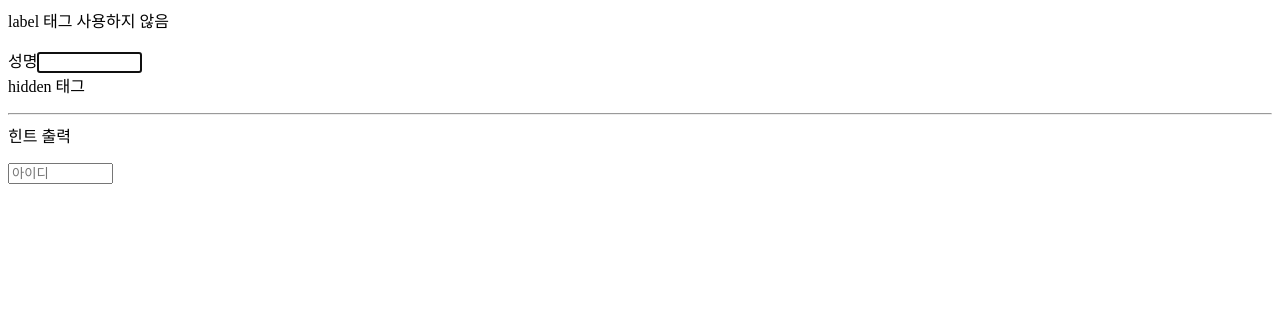
Repository: roditee/Frontend_ex
Page: HTML01/src/main/webapp/form.html
The author's editor kept a copy of each file at every save. The page is drawn from the files as they stood at one save, then again after the next save.
The browser window is 1280 px wide. The pictures show the whole page.

Above is the page before, as saved 2021-12-02 07:43:00.

After the next save:
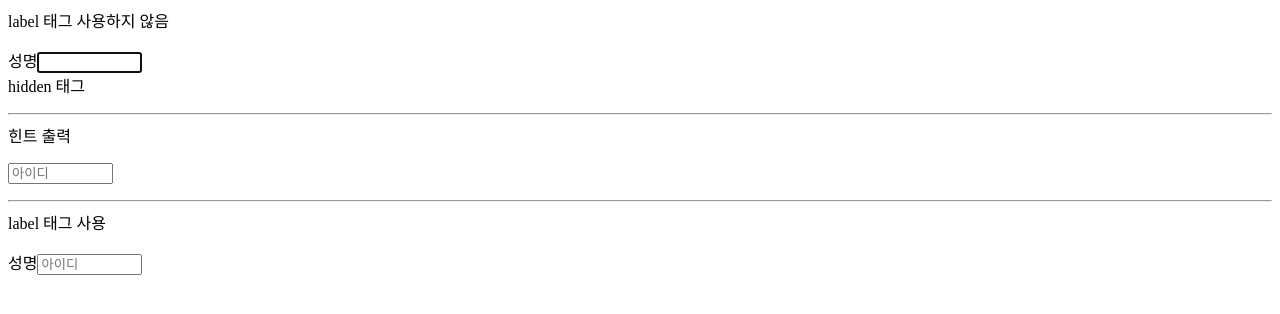
Saved 77 s later.
--- a/HTML01/src/main/webapp/form.html
+++ b/HTML01/src/main/webapp/form.html
@@ -15,6 +15,10 @@
 
 			힌트 출력<p>
 			<input type="text" name="id" size="10" placeholder="아이디"><br>
+			<hr>
+
+			label 태그 사용<p>
+			<label>성명<input type="text" name="name2" size="10" placeholder="아이디"></label><br>
 		</form>
 	</body>
 </html>
